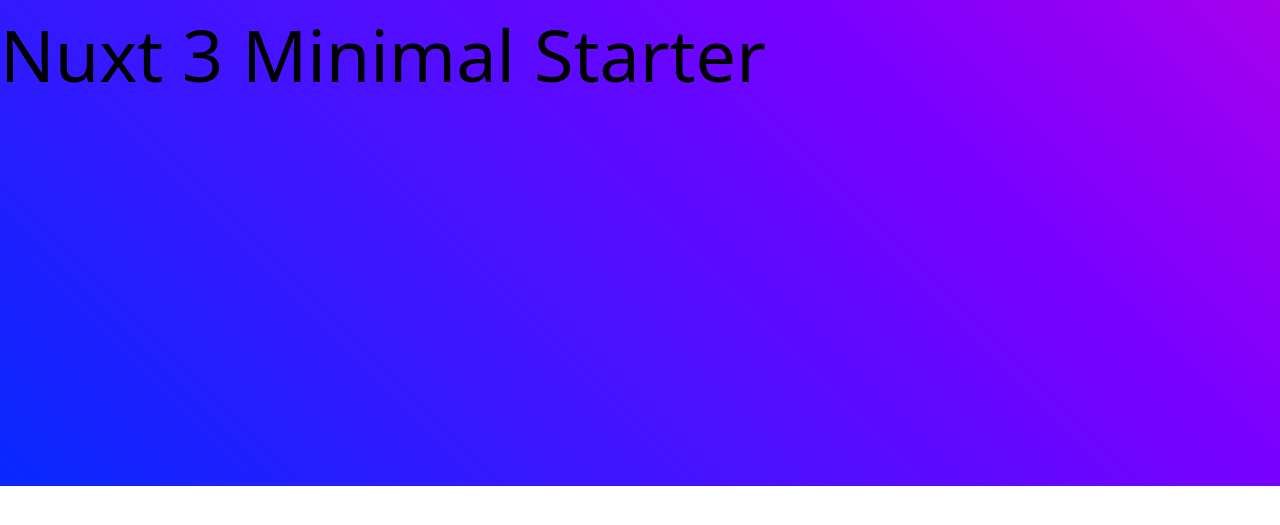
Repository: Freezler/nuxt
Page: /
An editor plug-in stored every save of this project. The page is shown before and after the next save, followed by the edit.
The browser window is 1280 px wide. The pictures show the whole page.
The project was rebuilt for these pictures with package versions that can differ from the ones it lists, and the page was loaded fresh each time. The framework's server and built-in components were replaced by stand-ins that run in the browser. Also part of the build but not shown: nuxt.config.ts.

Above is the page before, as saved 2024-08-02 21:04:14.

After the next save:
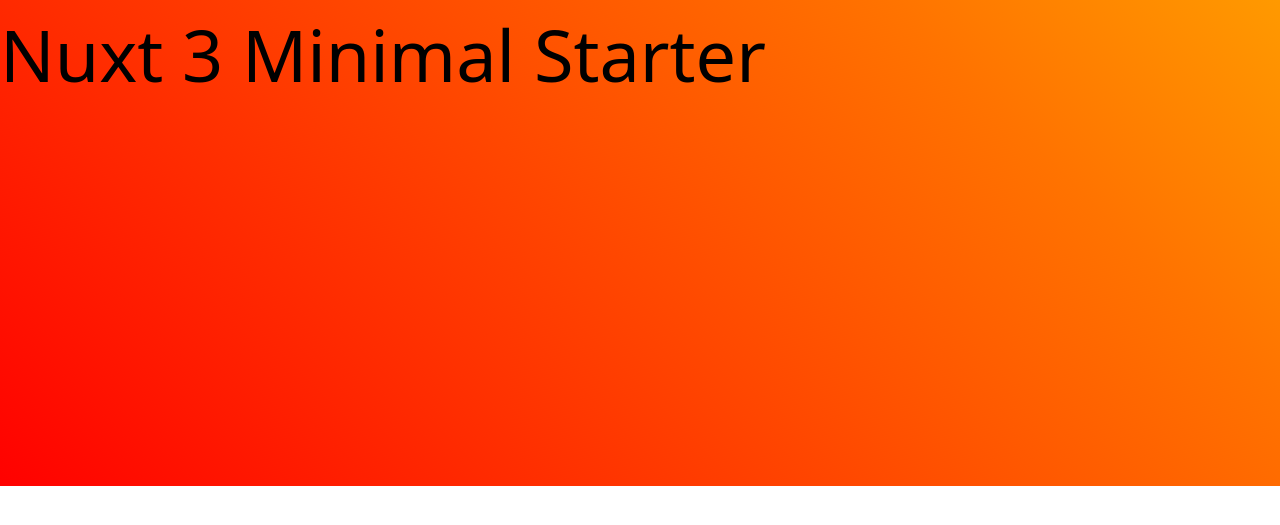
Saved 7 s later.
--- a/assets/css/main.css
+++ b/assets/css/main.css
@@ -7,7 +7,7 @@
 	linear-gradient(45deg, #ff0000, #ff7300, #fffb00, #48ff00, #00ffd5, #002bff, #7a00ff, #ff00c8, #ff0000);
 
 
-	animation: gradient 600ms cubic-bezier(0.455, 0.03, 0.515, 0.955) infinite;
+	animation: gradient 600s cubic-bezier(0.455, 0.03, 0.515, 0.955) infinite;
 	background-size: 800% 800%;
 	background-repeat: no-repeat;
 }
